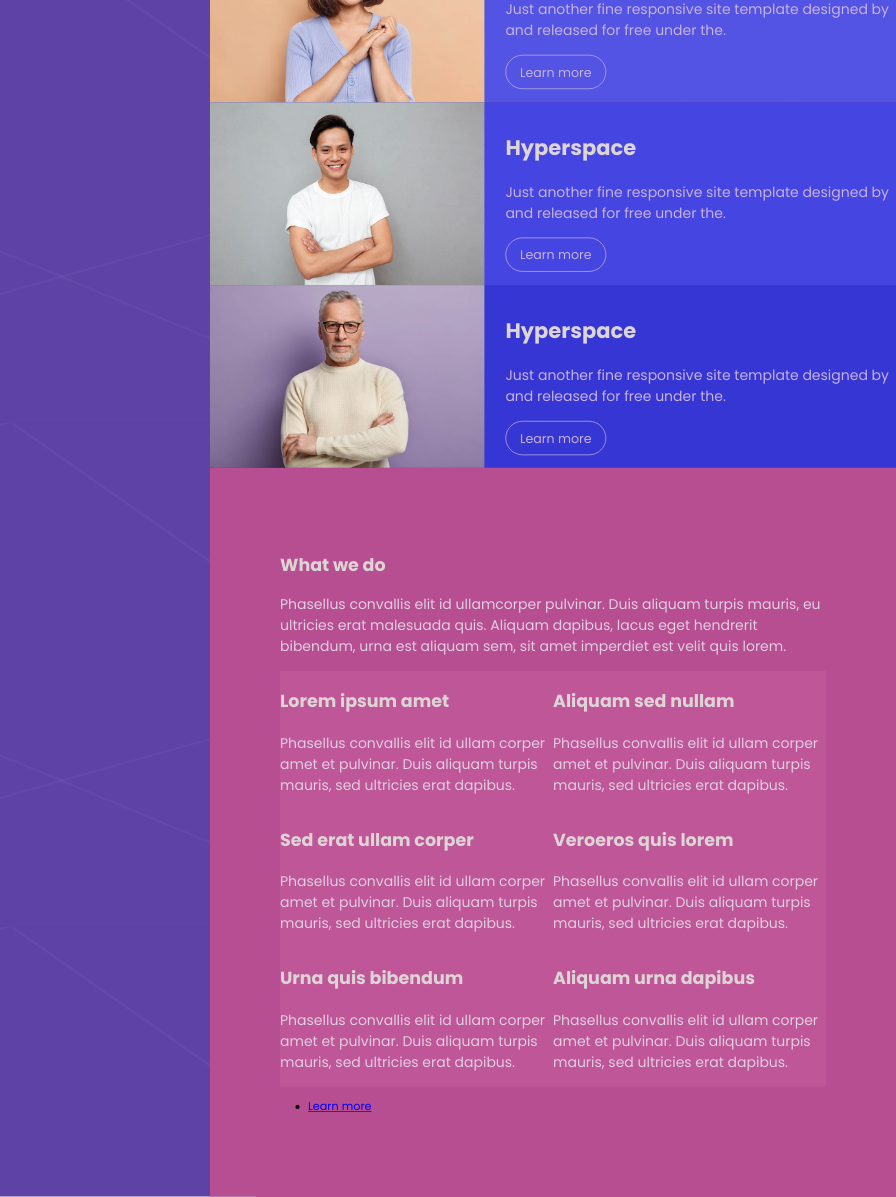
Repository: zai31/KIMIT_Tasks
Page: JsSession8/index.html
The author's editor kept a copy of each file at every save. The page is drawn from the files as they stood at one save, then again after a run of saves.
The browser window is 1280 px wide. The pictures show the part of the page from y = 835 to 2755 px (the page is 2545 px tall before and 2755 px after), at 70% of full size.
Backgrounds fixed to the window are drawn as part of the page.

Above is the page before, as saved 2025-09-15 20:49:10.

After the next 4 saves:
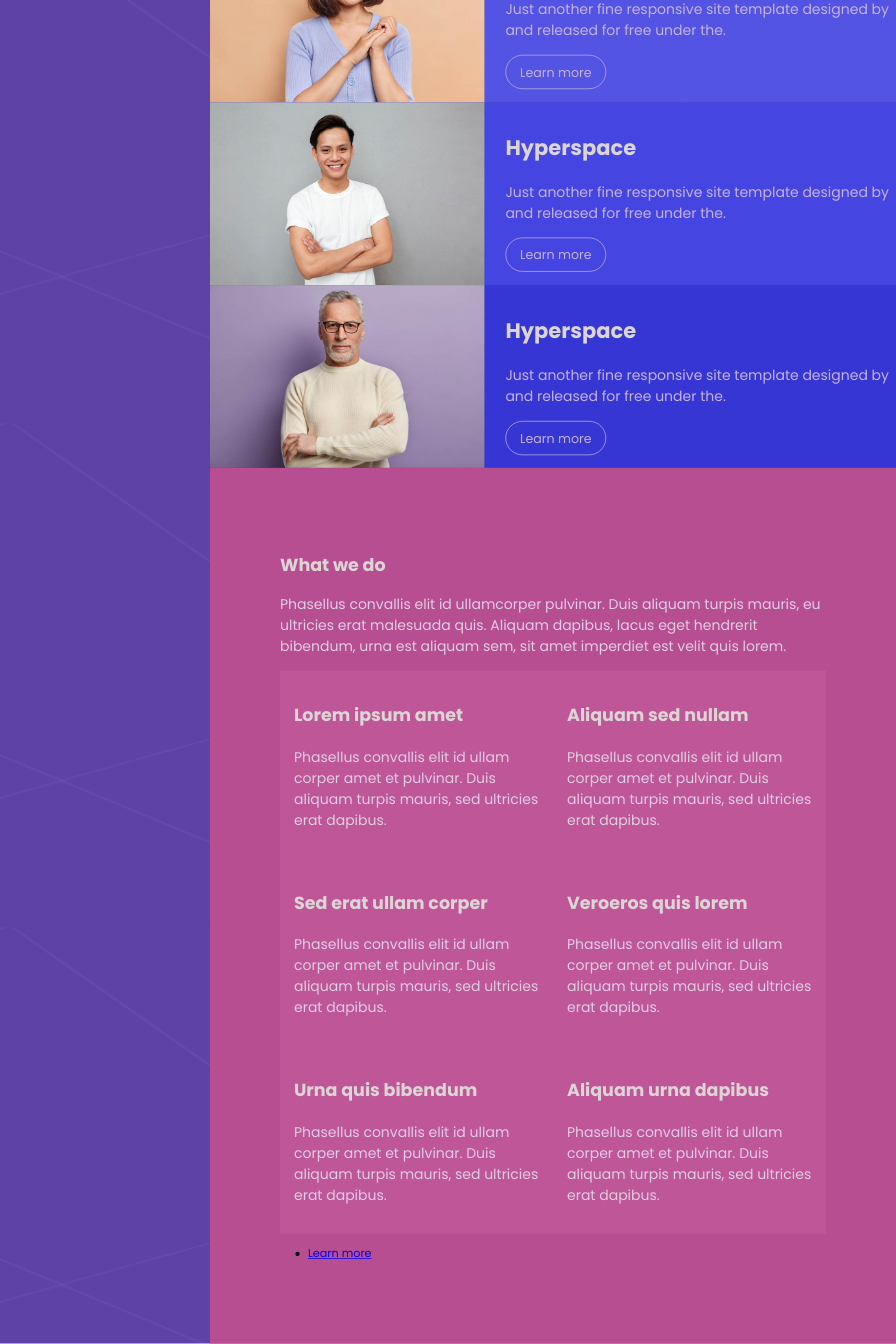
The 4 saves are shown as one change because they came seconds apart.
The last was saved 11 s later.
--- a/JsSession8/CSS/style.css
+++ b/JsSession8/CSS/style.css
@@ -229,4 +229,7 @@
 .flex-section .section .content .what .features section {
  flex: 1 1 45%;     /* grow/shrink, ~half width with gap */
  border: 1 solid white;
-}
+ box-sizing: border-box;
+ padding: 20px;
+
+}
